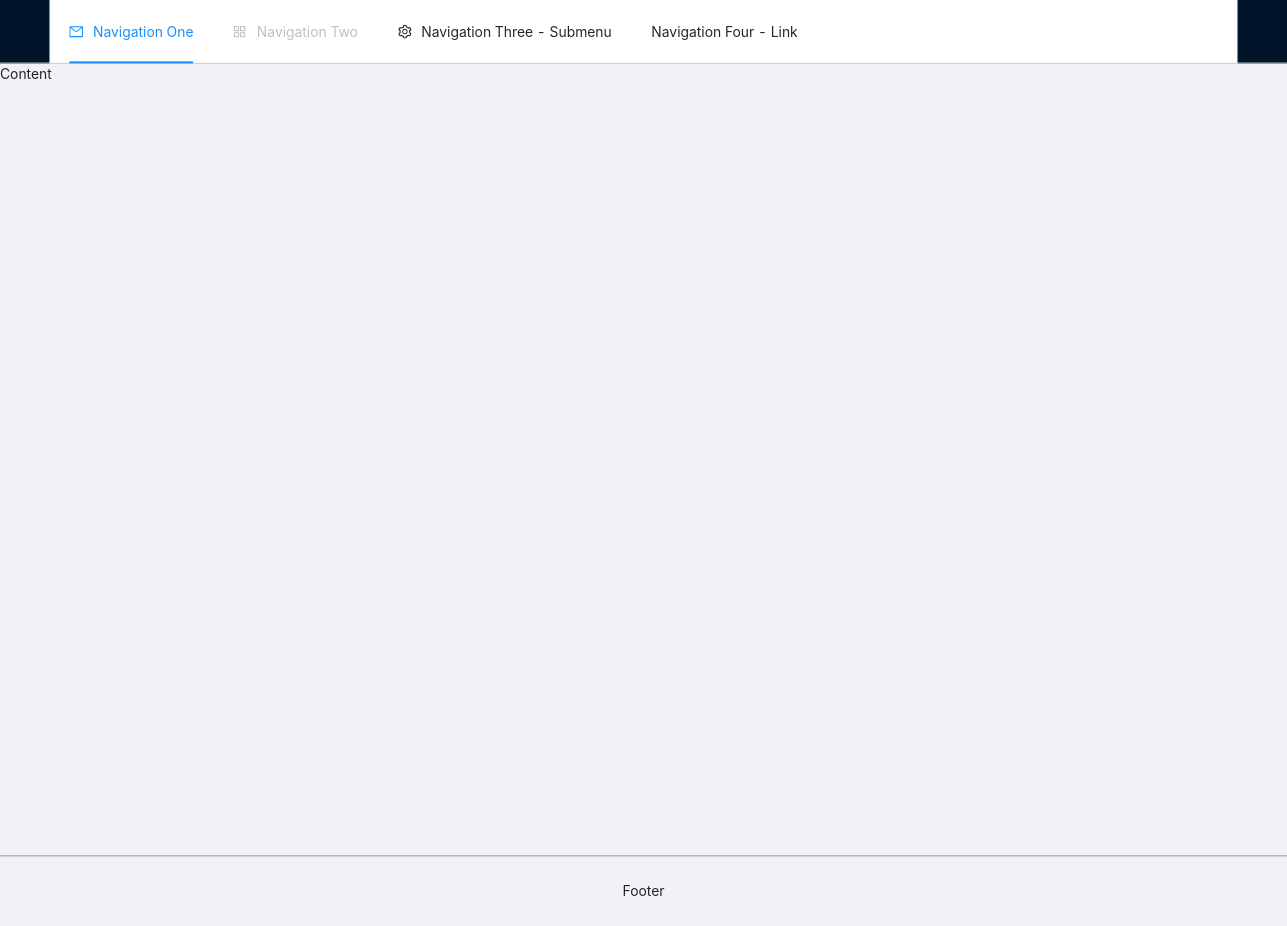
Repository: ohayo-aidi/news-site
Page: /
These files come from the project's save history. The page is drawn as it stood at one moment and after a run of saves; the edit follows.
The browser window is 1280 px wide. The page is 1300 px wide, so the pictures cover 1300 px, including what lies to the right of the window. The pictures show the whole page, at 99% of full size.
The project was rebuilt for these pictures with package versions that can differ from the ones it lists, and the page was loaded fresh each time.

Above is the page before, as saved 2022-10-15 11:26:51.

### src/index.js
import React from 'react';
import ReactDOM from 'react-dom/client';
import App from './App';
import reportWebVitals from './reportWebVitals';
import "antd/dist/antd.css";

const root = ReactDOM.createRoot(document.getElementById('root'));
root.render(
  <React.StrictMode>
    <App />
  </React.StrictMode>
);

// If you want to start measuring performance in your app, pass a function
// to log results (for example: reportWebVitals(console.log))
// or send to an analytics endpoint. Learn more: https://bit.ly/CRA-vitals
reportWebVitals();

### src/App.js
import { Layout } from "antd";
import AppHeader from "./components/Header";
import './style.css'
const { Header, Footer, Content } = Layout;
function App() {
  return (
    <div>
      <Layout style={{ minWidth: 1300 }}>
        <Header className="header">
          <AppHeader/>
        </Header>
        <Content className="content">Content</Content>
        <Footer className="footer">Footer</Footer>
      </Layout>
    </div>
  );
}

export default App;

### src/components/Header/index.js
import {
  AppstoreOutlined,
  MailOutlined,
  SettingOutlined,
} from "@ant-design/icons";
import { Menu } from "antd";
import React, { useState, Component, Fragment } from "react";
const items = [
  {
    label: "Navigation One",
    key: "mail",
    icon: <MailOutlined />,
  },
  {
    label: "Navigation Two",
    key: "app",
    icon: <AppstoreOutlined />,
    disabled: true,
  },
  {
    label: "Navigation Three - Submenu",
    key: "SubMenu",
    icon: <SettingOutlined />,
    children: [
      {
        type: "group",
        label: "Item 1",
        children: [
          {
            label: "Option 1",
            key: "setting:1",
          },
          {
            label: "Option 2",
            key: "setting:2",
          },
        ],
      },
      {
        type: "group",
        label: "Item 2",
        children: [
          {
            label: "Option 3",
            key: "setting:3",
          },
          {
            label: "Option 4",
            key: "setting:4",
          },
        ],
      },
    ],
  },
  {
    label: (
      <a href="https://ant.design" target="_blank" rel="noopener noreferrer">
        Navigation Four - Link
      </a>
    ),
    key: "alipay",
  },
];
const AppHeader = () => {
  const [current, setCurrent] = useState("mail");
  const onClick = (e) => {
    console.log("click ", e);
    setCurrent(e.key);
  };
  return (
    <Fragment>
      <Menu
        onClick={onClick}
        selectedKeys={[current]}
        mode="horizontal"
        items={items}
      />
    </Fragment>
  );
};
export default AppHeader;

### src/style.css
.header {
    background: #fff;
    border-bottom: 1px solid #999;
}

.content {
    min-height: 800px !important;
}

.footer {
    text-align: center;
    border-top: 1px solid #999;
}

Loaded but not shown: public/index.html (common file); src/reportWebVitals.js (common file)

After the next 5 saves:
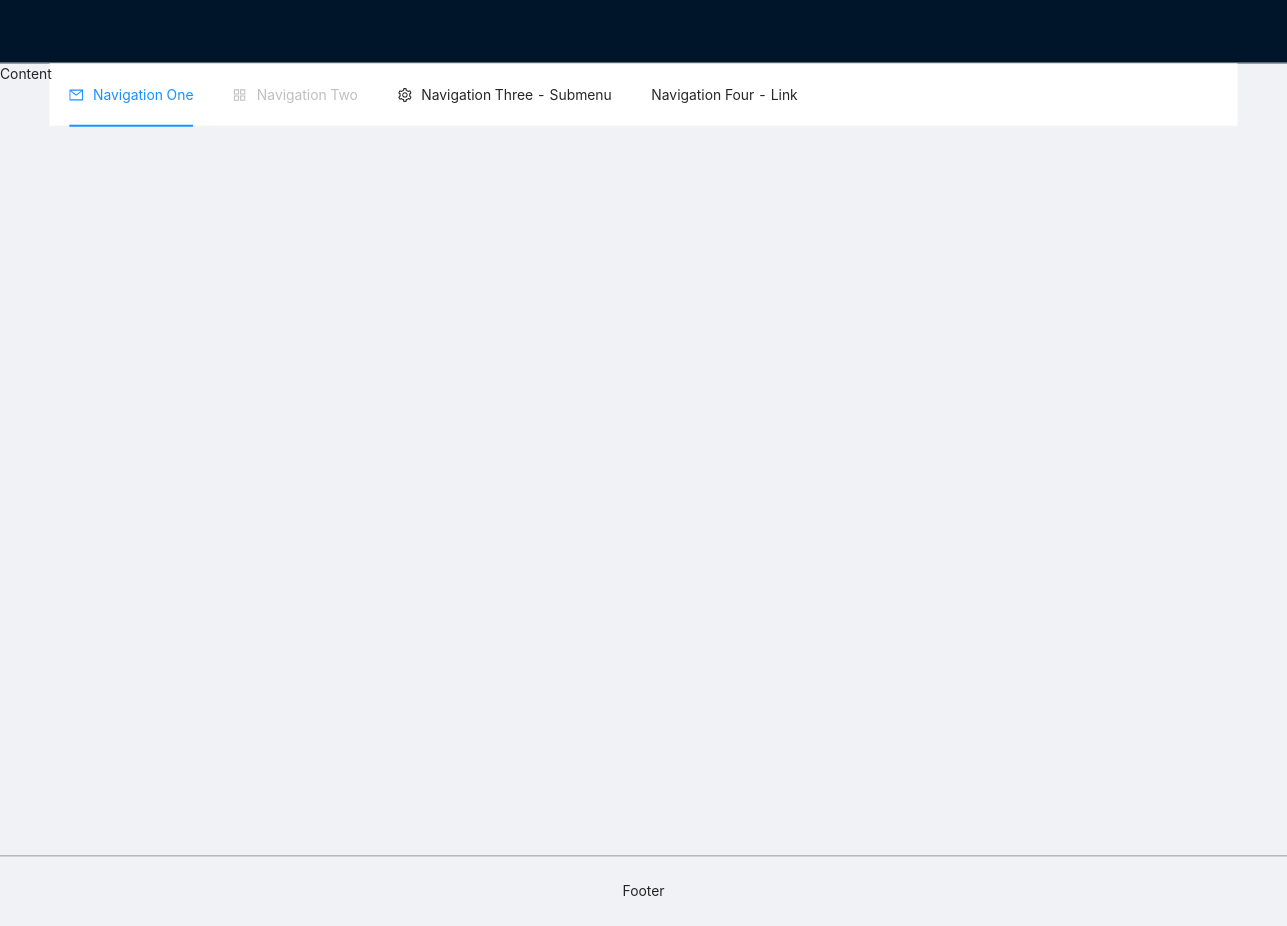
The 5 saves are shown as one change because they came seconds apart.
The last was saved 13 s later.
--- a/src/components/Header/index.js
+++ b/src/components/Header/index.js
@@ -69,6 +69,7 @@
   };
   return (
     <Fragment>
+        <img />
       <Menu
         onClick={onClick}
         selectedKeys={[current]}
